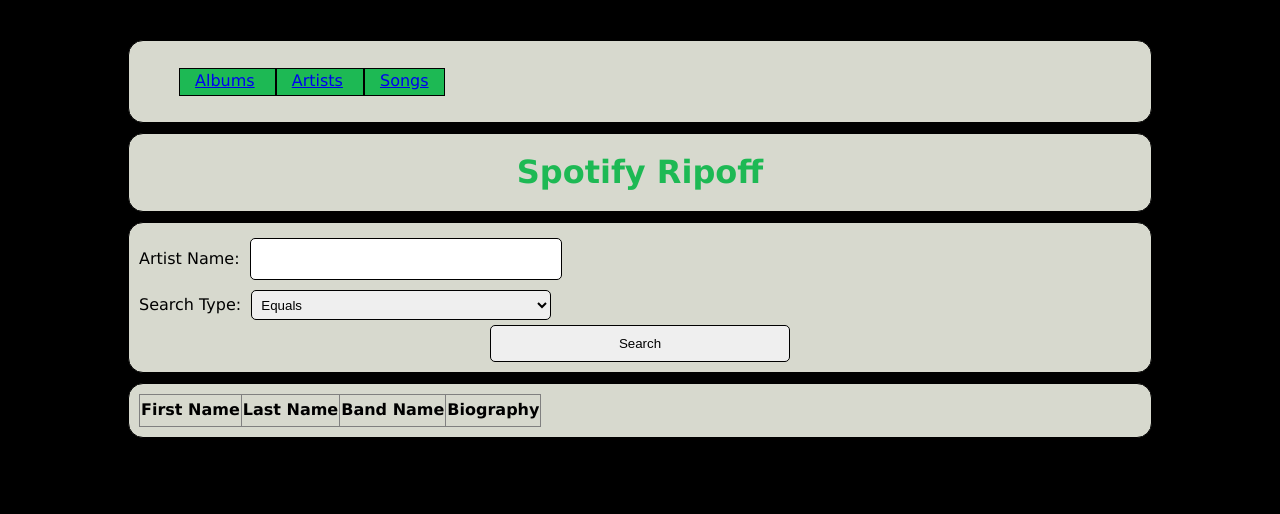
Repository: RRGTHWAR/bkg16_INFSCI1017
Page: bkg16_Music_FinalProject/WebContent/artist.html
These files come from the project's save history. The page is drawn as it stood at one moment and after the next save; the edit follows.
The browser window is 1280 px wide. The pictures show the whole page.

Above is the page before, as saved 2019-04-07 20:32:59.

### bkg16_Music_FinalProject/WebContent/artist.html
<!DOCTYPE html>
<html>
<head>
<meta charset="UTF-8">
<title>Artists</title>
<link href="css/style.css" rel="stylesheet" type="text/css" />
<script src="js/jquery-3.3.1.min.js"></script>
</head>
<body>
	<div id="navBar">
		<ul>
			<li><a href="album.html" title="Albums">Albums</a>
			<li><a href="artist.html" title="Artists">Artists</a>
			<li><a href="song.html" title="Songs">Songs</a>
		</ul>
	</div>
	<h1 id="mainHeader" >Spotify Ripoff</h1>
	<div id="artistSearch" class="searchBox" >
		<div>
			Artist Name: <input type="text" id="artistName" name="artistName" value="" class="textField" />
		</div>
		<div>
			Search Type:
			<select name="searchType" id="searchType" class="textField">
				<option value="equals">Equals</option>
				<option value="begins">Begins</option>
				<option value="ends">Ends</option>
				<option value="contains">Contains</option>
				<option value="">All</option>
			</select>
		</div>
		<div>
			<input type="button" id="btnSearch" name="btnSubmit" value="Search" />
		</div>
	</div>

	<div id="searchResults">
		<table border="1" id="tblSearchResults">
			<tr>
				<th>First Name</th>
				<th>Last Name</th>
				<th>Band Name</th>
				<th>Biography</th>
			</tr>
		</table>
	</div>

	</body>
	<script>
		$(document).ready(function (){
			$("#btnSearch").click(function (){
				var artistName = $("#artistName").val();
				var searchType = $("#searchType").val();
				// console.log("Song: " + artistName);
				// console.log("SearchType: " + searchType);
				var url = "ArtistListWS?artistName=" + artistName + "&searchType=" + searchType;
				// console.log(url);
				$.get(url, function(resp){
					parseArtistData(resp);
				})
			});
		});

		function parseArtistData(data){
			//$("#searchResults").text(JSON.stringify(data));
			var result = "";

			for(var i=0; i < data.length; i++) {
				var tr = $("<tr></tr>"); //Created empty html table row

				//First data cell
				var td = $("<td></td>"); //Created empty html table data
				td.html(data[i].first_name);
				tr.append(td);

				//Second data cell
				td = $("<td></td>"); //Note that we don't need to redeclare this
				td.html(data[i].last_name);
				tr.append(td);

				//Third data cell
				td = $("<td></td>"); //Note that we don't need to redeclare this
				td.html(data[i].band_name);
				tr.append(td);

				//Fourth data cell
				td = $("<td></td>"); //Note that we don't need to redeclare this
				td.html(data[i].bio);
				tr.append(td);

				//Append row to table
				$("#tblSearchResults").append(tr);
				//result += 'Title: ' + data[i].title + '<br />';
			}

			//$("#searchResults").html(result);
		}

		//Source: https://memorynotfound.com/detect-enter-keypress-javascript-jquery/
		$(document).keypress(function(e) {
			var keycode = (e.keyCode ? e.keyCode : e.which);
			if (keycode == '13') {
				$("#btnSearch").click();
			}
		});


	</script>
</html>

### bkg16_Music_FinalProject/WebContent/css/style.css
@charset "UTF-8";

html, body {
	background-color: black;
}

body {
	font-family: Verdana, Geneva, sans-serif;
	font-size: 100%;
	width: 80%;
	margin-right: auto;
	margin-left: auto;
	padding: 2.5% 2.5% 0;
	line-height: 1.8;
}

h1, h2, h3, h4, h5, h6, p {
	margin: 0;
	padding: 0;
}

h1, h2, h3, h4, h5, h6 {
	color: #1DB954;
}

p {
	margin-bottom: 1em;
}

#navBar {
	background-color: #D7D9CE;
	border: 1px solid #000;
	padding: 10px;
	border-radius: 15px;
}

#navBar ul li {
	background-color: #1DB954;
	margin-left: 0;
	margin-bottom: 10px;
	padding: 2px 15px 5px;
	border: 1px solid #000;
	list-style: none;
	display: inline;
}

#mainHeader {
	background-color: #D7D9CE;
	border: 1px solid #000;
	padding: 10px;
	margin-top: 10px;
	border-radius: 15px;
	text-align: center;
}

.searchBox {
	background-color: #D7D9CE;
	border: 1px solid #000;
	padding: 10px;
	margin-top: 10px;
	border-radius: 15px;
	margin-bottom: 10px;
}

.textField {
	border: 1px solid #000;
	border-radius: 5px;
	padding: 5px;
	margin: 5px;
	width: 300px;
	height: 30px;
}

#searchResults {
	background-color: #D7D9CE;
	border: 1px solid #000;
	padding: 10px;
	margin-top: 10px;
	border-radius: 15px;
	display: block;
	margin: 0 auto;
}

input[type=button] {
	border: 1px solid #000;
	padding: 10px;
	border-radius: 5px;
	display: block;
	margin: 0 auto;
	width: 300px;
}

#tblSearchResults {
	border-collapse: collapse;
}

#tblSearchResults tr th td {
	border: 1px solid #000;
	padding: 5px;
	border-collapse: collapse;
	display: inline-block;
	margin: 0 auto;
	text-align: center;
}

Loaded but not shown: bkg16_Music_FinalProject/WebContent/js/jquery-3.3.1.min.js (library)

After the next save:
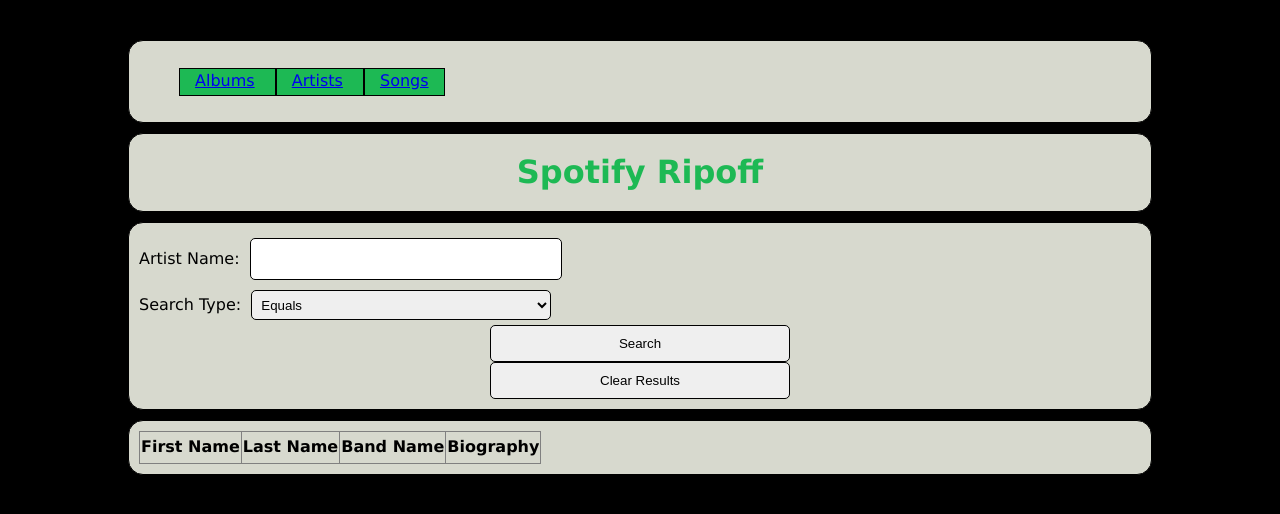
Saved 3 min 50 s later.
--- a/bkg16_Music_FinalProject/WebContent/artist.html
+++ b/bkg16_Music_FinalProject/WebContent/artist.html
@@ -30,7 +30,8 @@
 			</select>
 		</div>
 		<div>
-			<input type="button" id="btnSearch" name="btnSubmit" value="Search" />
+			<input type="button" id="btnSearch" name="btnSubmit" class="actButton" value="Search" />
+			<input type="button" id="btnClear" name ="btnClear" class="actButton" value="Clear Results" />
 		</div>
 	</div>
 
